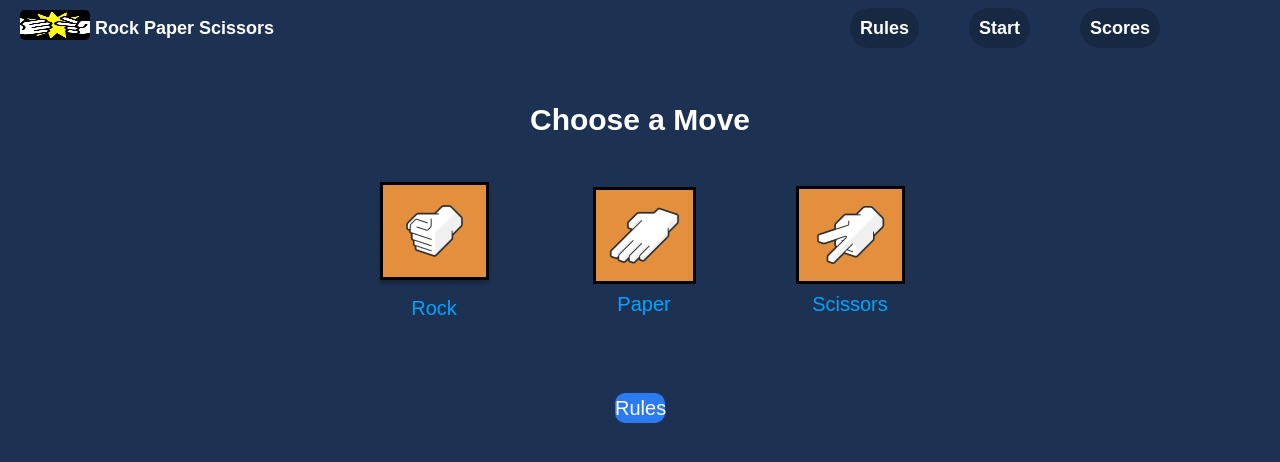
Repository: MikkyPrestige/rock-paper-scissors
Page: game.html
The author's editor kept a copy of each file at every save. The page is drawn from the files as they stood at one save, then again after the next save.
The browser window is 1280 px wide. The pictures show the whole page.

Above is the page before, as saved 2023-05-08 06:50:33.

### game.html
<!DOCTYPE html>
<html lang="en">

<head>
  <meta charset="UTF-8">
  <meta http-equiv="X-UA-Compatible" content="IE=edge">
  <meta name="viewport" content="width=device-width, initial-scale=1.0">
  <title>Rock, Paper, Scissors</title>
  <link rel="stylesheet" href="./index.css">
</head>

<body>
  <main>
    <header>
      <figure class="headerLogo">
        <a href="/">
          <img src="./img/logo.png" alt="Logo" class="logo">
        </a>
        <figcaption class="logoCaption">Rock Paper Scissors</figcaption>
      </figure>
      <nav>
        <ul>
          <li><a href="#rule">Rules</a></li>
          <li><a href="./game.html">Start</a></li>
          <li><a href="#">Scores</a></li>
        </ul>
      </nav>
    </header>
    <section class="game">
      <h1 class="game--title">Choose a Move</h1>
      <figure class="game--images">
        <div class="game--img">
          <img src="./img/rock.png" alt="Rock image">
          <figcaption class="game--caption">Rock</figcaption>
        </div>
        <div class="game--img">
          <img src="./img/paper.png" alt="paper image">
          <figcaption class="game--caption">Paper</figcaption>
        </div>
        <div class="game--img">
          <img src="./img/scissors.png" alt="scissors image">
          <figcaption class="game--caption">Scissors</figcaption>
        </div>
      </figure>
      <button class="rule--btn">
        <a href="./index.html#rule">Rules</a>
      </button>
    </section>
  </main>
</body>

</html>

### index.css
*,
*::after,
*::before {
  box-sizing: border-box;
  margin: 0;
  padding: 0;
}

html {
  font-size: 62.5%;
}

body {
  font-family: "Fira Sans", sans-serif;
  font-size: 1.6rem;
  line-height: 1.5;
  background: rgba(29, 50, 83, 1);
  color: rgba(255, 255, 255, 1);
  width: 100%;
  height: 100%;
}

main {
  display: flex;
  flex-direction: column;
  justify-content: center;
  align-items: center;
  gap: 2rem;
  height: 100%;
  width: 100%;
}

header {
  display: flex;
  justify-content: space-between;
  align-items: center;
  padding: 1rem 2rem;
  width: 100%;
  height: auto;
}

.headerLogo {
  display: flex;
  align-items: center;
  gap: .5rem;
  height: auto;
}

.logo {
  width: 7rem;
  height: 3rem;
  border-radius: .5rem;
  -webkit-border-radius: .5rem;
  -moz-border-radius: .5rem;
  -ms-border-radius: .5rem;
  -o-border-radius: .5rem;
}

.logoCaption {
  font-size: 1.8rem;
  font-weight: 600;
  color: rgba(255, 255, 255, 1);
}

nav {
  height: auto;
  margin-right: 10rem;
}

ul {
  display: flex;
  justify-content: center;
  align-items: center;
  gap: 5rem;
  list-style: none;
}

li a {
  font-size: 1.8rem;
  font-weight: 600;
  color: rgba(255, 255, 255, 1);
  background: linear-gradient(0deg, rgba(0, 0, 0, 0.2), rgba(0, 0, 0, 0.2)), #1D3253;
  text-decoration: none;
  padding: 1rem;
  border-radius: 2rem;
}

li a:hover {
  background: rgba(255, 255, 255, 1);
  color: rgba(29, 50, 83, 1);
  text-decoration: underline;
}

.home {
  display: flex;
  justify-content: center;
  align-items: center;
  width: 100%;
  height: 70vh;
}

.images {
  position: relative;
  height: 100%;
  flex-basis: 30%;
}

.img {
  background: rgba(253, 253, 253, 0.9);
  border-radius: 50%;
  -webkit-border-radius: 50%;
  -moz-border-radius: 50%;
  -ms-border-radius: 50%;
  -o-border-radius: 50%;
  width: 15rem;
  height: 15rem;
}

.rock {
  position: absolute;
  top: 5rem;
  left: 0rem;
}

.paper {
  position: absolute;
  top: 5rem;
  right: 5rem;
}

.scissors {
  position: absolute;
  bottom: 5rem;
  left: 8rem;
}

.content {
  display: flex;
  flex-direction: column;
  justify-content: center;
  align-items: center;
  gap: 2rem;
}

.content--title {
  font-size: 3.6rem;
  font-weight: 600;
  width: 70%;
  text-transform: uppercase;
}

.content-rock {
  color: rgba(195, 183, 183, 1);
}

.content-scissors {
  color: rgba(233, 35, 35, 1);
}

.content--text {
  font-size: 2.5rem;
  font-weight: 400;
  width: 70%;
}

.fun {
  color: rgba(233, 35, 35, 1);
}

.btn {
  width: 13rem;
  height: 5rem;
  background: #2C7AF0;
  border-radius: 1rem;
  -webkit-border-radius: 1rem;
  -moz-border-radius: 1rem;
  -ms-border-radius: 1rem;
  -o-border-radius: 1rem;
  border: none;
  margin-top: 5rem;
  transition: all .3s ease-in-out;
  -webkit-transition: all .3s ease-in-out;
  -moz-transition: all .3s ease-in-out;
  -ms-transition: all .3s ease-in-out;
  -o-transition: all .3s ease-in-out;
}

.btn a {
  text-decoration: none;
  font-size: 2rem;
  color: rgba(255, 255, 255, 1);
  cursor: pointer;
}

.btn a:hover {
  color: rgba(44, 122, 240, 1);
}

.btn:hover {
  background: rgba(255, 255, 255, .7);
}

.rule {
  width: 100%;
  height: 100%;
  background: #D0CEC9;
}

.rule--container {
  display: flex;
  flex-direction: column;
  justify-content: center;
  align-items: center;
  gap: 1rem;
  margin: 2rem;
}

.rule--title {
  font-size: 3rem;
  font-weight: 600;
  color: #000;
}

.rule--content {
  display: flex;
  justify-content: space-around;
  align-items: center;
}

.rule--img {
  width: 35rem;
  height: 35rem;
}

.rule--para {
  background: #C4C4C4;
  width: 50%;
  text-align: center;
  padding: 2rem 5rem;
  border-radius: 3rem;
  -webkit-border-radius: 3rem;
  -moz-border-radius: 3rem;
  -ms-border-radius: 3rem;
  -o-border-radius: 3rem;
  display: flex;
  flex-direction: column;
  justify-content: center;
  align-items: center;
  gap: 1rem;
}

.rule--text {
  color: rgba(0, 163, 255, 1);
}

.game {
  display: flex;
  flex-direction: column;
  justify-content: center;
  align-items: center;
  gap: 2rem;
  width: 100%;
  height: 100%;
}

.game--title {
  font-size: 3rem;
  font-weight: 600;
  margin: 2rem;
}

.game--images {
  display: flex;
  justify-content: center;
  align-items: center;
  gap: 10rem;
  width: 100%;
}

.game--img {
  display: flex;
  flex-direction: column;
  justify-content: center;
  align-items: center;
  gap: .5rem;
}

.game--caption {
  font-size: 2rem;
  color: rgba(0, 163, 255, 1);
}

.rule--btn {
  width: 5rem;
  height: 3rem;
  background: #2C7AF0;
  border-radius: 1rem;
  -webkit-border-radius: 1rem;
  -moz-border-radius: 1rem;
  -ms-border-radius: 1rem;
  -o-border-radius: 1rem;
  border: none;
  margin-top: 5rem;
  transition: all .3s ease-in-out;
  -webkit-transition: all .3s ease-in-out;
  -moz-transition: all .3s ease-in-out;
  -ms-transition: all .3s ease-in-out;
  -o-transition: all .3s ease-in-out;
}

.rule--btn a {
  text-decoration: none;
  font-size: 2rem;
  color: rgba(255, 255, 255, 1);
  cursor: pointer;
}

.rule--btn a:hover {
  color: rgba(44, 122, 240, 1);
}

.rule--btn:hover {
  background: rgba(255, 255, 255, .7);
}

footer {
  margin: 1rem auto;
}

.footer--text {
  font-family: "Inter";
}

.footer--link {
  color: rgba(44, 122, 240, 1);
  text-decoration: none;
}

After the next save:
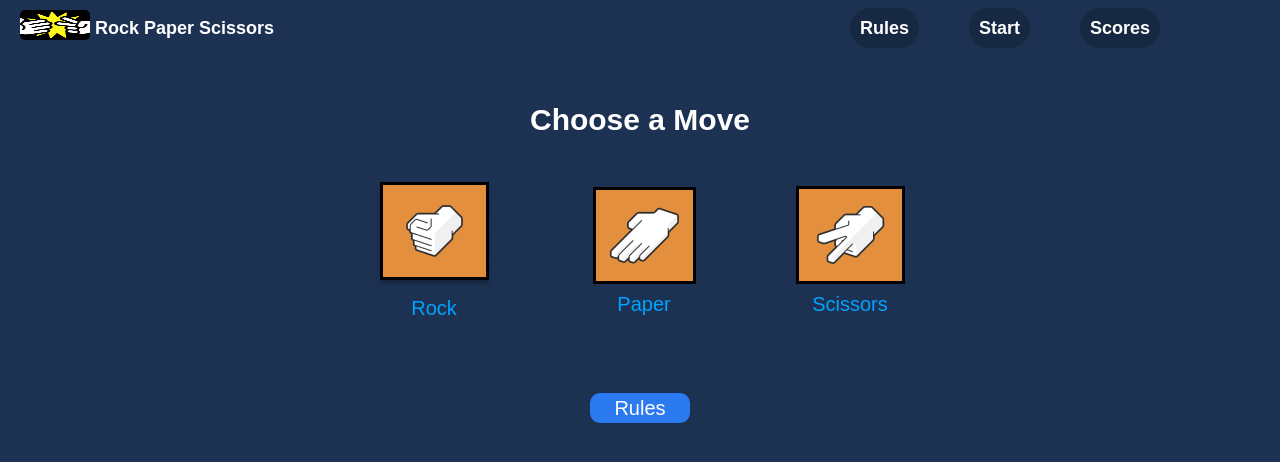
Saved 9 s later.
--- a/index.css
+++ b/index.css
@@ -291,7 +291,7 @@ li a:hover {
 }
 
 .rule--btn {
-  width: 5rem;
+  width: 10rem;
   height: 3rem;
   background: #2C7AF0;
   border-radius: 1rem;
